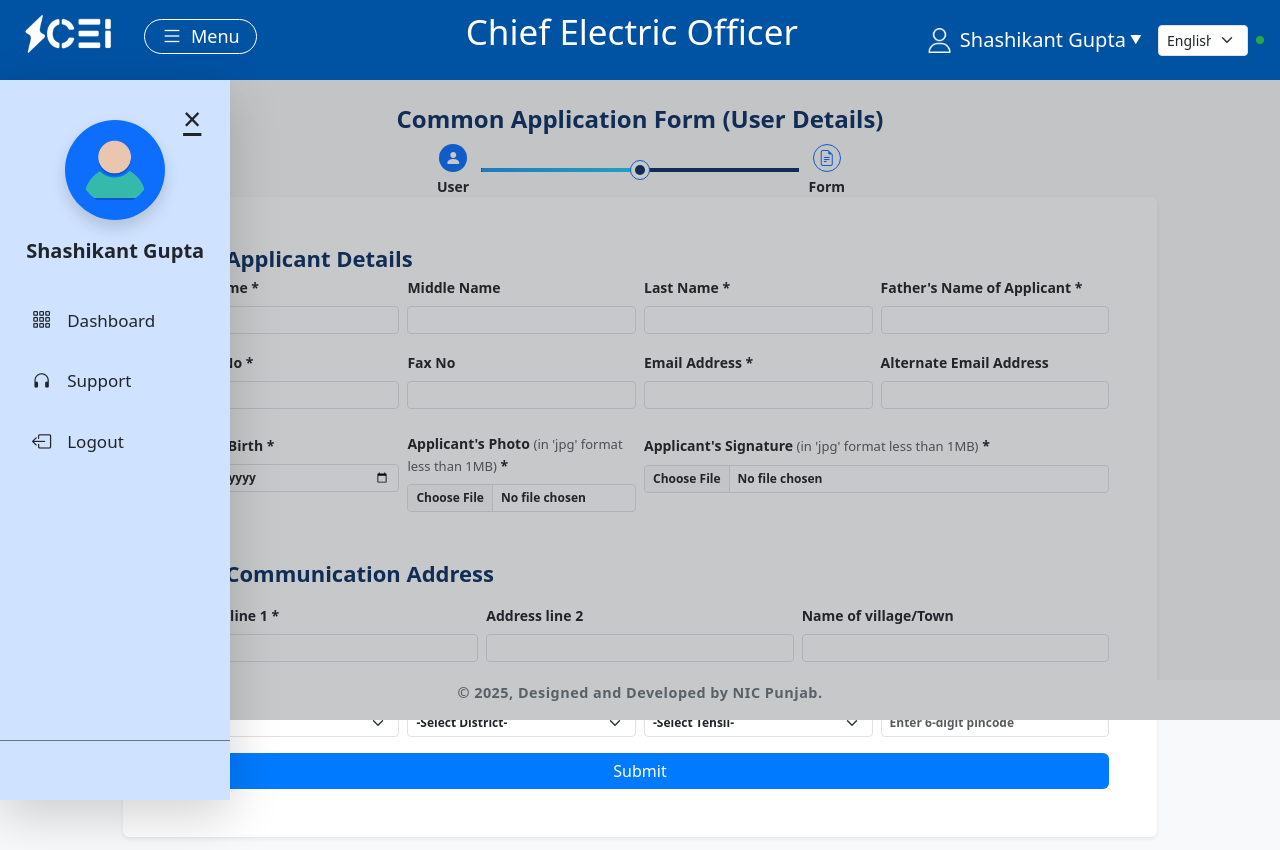
Repository: shashikantdev93-gif/CEI-sept
Page: /RegisterationForm, after clicking the first element matching `button.btn`
The author's editor kept a copy of each file at every save. The page is drawn from the files as they stood at one save, then again after a run of saves.
The browser window is 1280 px wide. The pictures show the whole page.
The page's requests for data from a server got no answer. The project was rebuilt for these pictures with package versions that can differ from the ones it lists, and the page was loaded fresh each time. No one was signed in, and anything a server would have sent is missing. Also part of the build but not shown: vite.config.ts, src/components/PageComponent/Header2.tsx, src/components/PageComponent/PageHeader.tsx, src/components/Illustration/Illustration.tsx, src/components/CardContainer/CardContainer.tsx, src/hooks/useFormValidation.ts, src/hooks/useCaptcha.ts, src/hooks/useSignupValidation.ts and 6 more. Imported but missing from the stored project, and not drawn on this page: src/components/ui.

Above is the page before, as saved 2025-07-28 08:50:16.

### src/index.css
:root {
  font-family: Inter, -apple-system, BlinkMacSystemFont, "Segoe UI", Roboto, "Helvetica Neue", Arial, sans-serif, "Apple Color Emoji", "Segoe UI Emoji", "Segoe UI Symbol";
  line-height: 1.5;
  font-weight: 400;

  color-scheme: light dark;
  color: rgba(255, 255, 255, 0.87);
  background-color: #242424;

  font-synthesis: none;
  text-rendering: optimizeLegibility;
  -webkit-font-smoothing: antialiased;
  -moz-osx-font-smoothing: grayscale;
}

a {
  font-weight: 500;
  color: #646cff;
  text-decoration: inherit;
}
a:hover {
  color: #535bf2;
}

/* Global Reset */
*, *::before, *::after {
  margin: 0;
  padding: 0;
  box-sizing: border-box;
}

html, body {
  margin: 0;
  padding: 0;
  width: 100%;
  height: 100%;
}

body {
  margin: 0;
  padding: 0;
}

h1 {
  font-size: 3.2em;
  line-height: 1.1;
}

button {
  border-radius: 8px;
  border: 1px solid transparent;
  padding: 0.6em 1.2em;
  font-size: 1em;
  font-weight: 500;
  font-family: inherit;
  background-color: #1a1a1a;
  cursor: pointer;
  transition: border-color 0.25s;
}
button:hover {
  border-color: #646cff;
}
button:focus,
button:focus-visible {
  outline: 4px auto -webkit-focus-ring-color;
}

@media (prefers-color-scheme: light) {
  :root {
    color: #213547;
    background-color: #ffffff;
  }
  a:hover {
    color: #747bff;
  }
  button {
    background-color: #f9f9f9;
  }
}

### src/App.tsx
import Router from "./router/router";
import './App.css'
import './styles/main.css'
import "bootstrap-icons/font/bootstrap-icons.css";

function App() {

  return <Router />;

}

export default App

### src/router/router.tsx

import { BrowserRouter as Router, Routes, Route } from "react-router-dom";
import BaseLayout from "../layouts/BaseLayout";
import Login from "../pages/login/login";
import Signup from "../pages/signup/signup";
import Register from "../pages/register/register";


const RouterPage = () => (
  <Router>
    <Routes>
      <Route path="/" element={<Login />} />
      <Route path="/login" element={<Login />} />
      <Route path="/signup" element={<Signup />} />
      <Route
        path="/RegisterationForm"
        element={
          <BaseLayout headerType="Header1">
            <Register />
          </BaseLayout>
        }
      />
    </Routes>
  </Router>
);

export default RouterPage;

### src/App.css
#root {
  margin: 0;
  padding: 0;
  width: 100%;
  height: 100%;
}

.logo {
  height: 6em;
  padding: 1.5em;
  will-change: filter;
  transition: filter 300ms;
}
.logo:hover {
  filter: drop-shadow(0 0 2em #646cffaa);
}
.logo.react:hover {
  filter: drop-shadow(0 0 2em #61dafbaa);
}

@keyframes logo-spin {
  from {
    transform: rotate(0deg);
  }
  to {
    transform: rotate(360deg);
  }
}

@media (prefers-reduced-motion: no-preference) {
  a:nth-of-type(2) .logo {
    animation: logo-spin infinite 20s linear;
  }
}

.card {
  padding: 2em;
}

.read-the-docs {
  color: #888;
}

### src/layouts/BaseLayout.tsx
import React from 'react';
import Header1 from '../components/PageComponent/Header1';
import Header2 from '../components/PageComponent/Header2';

type HeaderType = 'Header1' | 'Header2' | 'none';

interface BaseLayoutProps {
  headerType?: HeaderType;
  children: React.ReactNode;
}

const BaseLayout: React.FC<BaseLayoutProps> = ({ headerType = 'Header1', children }) => {
  const headers: Record<Exclude<HeaderType, 'none'>, React.ReactElement> = {
    Header1: <Header1 />,
    Header2: <Header2 />,
  };

  return (
    <>
      {headerType !== 'none' && headers[headerType]}
      <main>{children}</main>
    </>
  );
};

export default BaseLayout;

### src/pages/register/register.tsx
import "bootstrap/dist/css/bootstrap.min.css";
import "../../styles/main.css";
import Footer from "../../components/Footer/Footer";
import { useState } from "react";

const Login = () => {
  const [toasts, setToasts] = useState<Record<string, boolean>>({});

  const handleInputChange = (fieldName: string, value: string, maxLength: number) => {
    if (value.length >= maxLength) {
      setToasts(prev => ({ ...prev, [fieldName]: true }));
      setTimeout(() => {
        setToasts(prev => ({ ...prev, [fieldName]: false }));
      }, 3000);
    } else {
      setToasts(prev => ({ ...prev, [fieldName]: false }));
    }
  };

  const renderToast = (fieldName: string, maxLength: number) => {
    return toasts[fieldName] ? (
      <div
        className="alert alert-sm mt-1 py-1 px-2"
        style={{
          fontSize: '1em',
          position: 'absolute',
          zIndex: 1000,
          width: '70%',
          top: '100%',
          left: 0,
          backgroundColor: '#e20000',
          color: 'white',
          border: 'none',
        }}
      >
        Maximum {maxLength} characters allowed
      </div>
    ) : null;
  };

  return (
    <div className="registeration-bg min-vh-100" style={{ padding: "5px", backgroundColor: "#f8f9fa", marginTop: "80px" }}>
      <div className="container-fluid">
        <div className="row justify-content-center">
          <div className="col-10">
            <div className="w-100 d-flex justify-content-center align-items-center" style={{ marginTop: '20px', marginBottom: '10px' }}>
              <h4 className="mb-0 fw-bold text-center" style={{ color: '#0c3064' }}>Common Application Form (User Details)</h4>
            </div>

            {/* Progress Bar */}
            <div className="d-flex justify-content-center" style={{ width: "100%" }}>
              <div className="w-90 d-flex align-items-center" style={{ minHeight: "40px", width: "40%" }}>
                {/* Left checkpoint */}
                <div className="d-flex flex-column align-items-center" style={{ width: "40px" }}>
                  <div className="bg-primary text-white rounded-circle d-flex align-items-center justify-content-center" style={{ width: "28px", height: "28px" }}>
                    <i className="bi bi-person-fill"></i>
                  </div>
                  <span className="small fw-semibold mt-1" style={{ fontSize: "0.85em" }}>User</span>
                </div>

                {/* Progress line with center checkpoint */}
                <div className="flex-grow-1 position-relative mx-2" style={{ height: "8px" }}>
                  {/* Line */}
                  <div style={{
                    position: "absolute",
                    top: "50%",
                    left: 0,
                    right: 0,
                    height: "4px",
                    background: "#0c3064",
                    transform: "translateY(-50%)"
                  }} />

                  {/* Fill left side till center checkpoint */}
                  <div style={{
                    position: "absolute",
                    top: "50%",
                    left: 0,
                    width: "50%",
                    height: "4px",
                    background: "linear-gradient(90deg, #2196f3 0%, #21cbf3 100%)",
                    borderRadius: "2px",
                    transform: "translateY(-50%)"
                  }} />

                  {/* Center checkpoint */}
                  <div style={{
                    position: "absolute",
                    top: "50%",
                    left: "50%",
                    transform: "translate(-50%, -50%)"
                  }}>
                    <div className="bg-white border border-primary rounded-circle" style={{ width: "20px", height: "20px", display: "flex", alignItems: "center", justifyContent: "center" }}>
                      <span style={{ width: "10px", height: "10px", background: "#0c3064", borderRadius: "50%", display: "block" }}></span>
                    </div>
                  </div>
                </div>

                {/* Right checkpoint */}
                <div className="d-flex flex-column align-items-center" style={{ width: "40px" }}>
                  <div className="bg-light border border-primary text-primary rounded-circle d-flex align-items-center justify-content-center" style={{ width: "28px", height: "28px" }}>
                    <i className="bi bi-file-earmark-text"></i>
                  </div>
                  <span className="small fw-semibold mt-1" style={{ fontSize: "0.85em" }}>Form</span>
                </div>
              </div>
            </div>

            {/* Form Section */}
            <div className="card border-0 shadow-sm mb-2">
              <div className="card-body p-3">
                {/* Section 1: Applicant Details */}
                <h6 className="mb-1 fw-bold" style={{ color: '#0c3064' }}>
                  <i className="bi bi-person-circle me-2"></i>1. Applicant Details
                </h6>
                <div className="row g-2 mb-2">
                  <div className="col-md-3" style={{ position: 'relative' }}>
                    <label className="form-label fw-semibold small">First Name *</label>
                    <input
                      type="text"
                      className="form-control form-control-sm"
                      maxLength={25}
                      onChange={(e) => handleInputChange('firstName', e.target.value, 25)}
                    />
                    {renderToast('firstName', 25)}
                  </div>
                  <div className="col-md-3" style={{ position: 'relative' }}>
                    <label className="form-label fw-semibold small">Middle Name</label>
                    <input
                      type="text"
                      className="form-control form-control-sm"
                      maxLength={25}
                      onChange={(e) => handleInputChange('middleName', e.target.value, 25)}
                    />
                    {renderToast('middleName', 25)}
                  </div>
                  <div className="col-md-3" style={{ position: 'relative' }}>
                    <label className="form-label fw-semibold small">Last Name *</label>
                    <input
                      type="text"
                      className="form-control form-control-sm"
                      maxLength={25}
                      onChange={(e) => handleInputChange('lastName', e.target.value, 25)}
                    />
                    {renderToast('lastName', 25)}
                  </div>
                  <div className="col-md-3" style={{ position: 'relative' }}>
                    <label className="form-label fw-semibold small">Father's Name of Applicant *</label>
                    <input
                      type="text"
                      className="form-control form-control-sm"
                      maxLength={50}
                      onChange={(e) => handleInputChange('fatherName', e.target.value, 50)}
                    />
                    {renderToast('fatherName', 50)}
                  </div>
                </div>

                <div className="row g-2 mb-2 mt-1">
                  <div className="col-md-3" style={{ position: 'relative' }}>
                    <label className="form-label fw-semibold small">Mobile No *</label>
                    <input
                      type="text"
                      className="form-control form-control-sm"
                      maxLength={10}
                      onChange={(e) => handleInputChange('mobile', e.target.value, 10)}
                    />
                    {renderToast('mobile', 10)}
                  </div>
                  <div className="col-md-3">
                    <label className="form-label fw-semibold small">Fax No</label>
                    <input type="text" className="form-control form-control-sm" />
                  </div>
                  <div className="col-md-3" style={{ position: 'relative' }}>
                    <label className="form-label fw-semibold small">Email Address *</label>
                    <input
                      type="email"
                      className="form-control form-control-sm"
                      maxLength={50}
                      onChange={(e) => handleInputChange('email', e.target.value, 50)}
                    />
                    {renderToast('email', 50)}
                  </div>
                  <div className="col-md-3" style={{ position: 'relative' }}>
                    <label className="form-label fw-semibold small">Alternate Email Address</label>
                    <input
                      type="email"
                      className="form-control form-control-sm"
                      maxLength={50}
                      onChange={(e) => handleInputChange('altEmail', e.target.value, 50)}
                    />
                    {renderToast('altEmail', 50)}
                  </div>
                </div>

                <div className="row g-2 mb-3 mt-3">
                  <div className="col-md-3">
                    <label className="form-label fw-semibold small">Date Of Birth *</label>
                    <input type="date" className="form-control form-control-sm" placeholder="mm/dd/yyyy" />
                  </div>
                  <div className="col-md-3">
                    <label className="form-label fw-semibold small">Applicant's Photo <span className="text-muted">(in 'jpg' format less than 1MB)</span> *</label>
                    <input type="file" className="form-control form-control-sm" accept=".jpg,.jpeg" />
                  </div>
                  <div className="col-md-6">
                    <label className="form-label fw-semibold small">
                      Applicant's Signature
                      <span className="text-muted"> (in 'jpg' format less than 1MB)</span> *
                    </label>
                    <input type="file" className="form-control form-control-sm" accept=".jpg,.jpeg" />
                  </div>
                </div>

                {/* Section 2: Communication Address */}
                <h6 className="mb-3 mt-5 fw-bold" style={{ color: '#0c3064' }}>
                  <i className="bi bi-geo-alt me-2"></i>2. Communication Address
                </h6>
                <div className="row g-2 mb-3">
                  <div className="col-md-4" style={{ position: 'relative' }}>
                    <label className="form-label fw-semibold small">Address line 1 *</label>
                    <input
                      type="text"
                      className="form-control form-control-sm"
                      maxLength={150}
                      onChange={(e) => handleInputChange('address1', e.target.value, 150)}
                    />
                    {renderToast('address1', 150)}
                  </div>
                  <div className="col-md-4" style={{ position: 'relative' }}>
                    <label className="form-label fw-semibold small">Address line 2</label>
                    <input
                      type="text"
                      className="form-control form-control-sm"
                      maxLength={150}
                      onChange={(e) => handleInputChange('address2', e.target.value, 150)}
                    />
                    {renderToast('address2', 150)}
                  </div>
                  <div className="col-md-4" style={{ position: 'relative' }}>
                    <label className="form-label fw-semibold small">Name of village/Town</label>
                    <input
                      type="text"
                      className="form-control form-control-sm"
                      maxLength={150}
                      onChange={(e) => handleInputChange('village', e.target.value, 150)}
                    />
                    {renderToast('village', 150)}
                  </div>
                </div>

                <div className="row g-2 mb-3">
                  <div className="col-md-3">
                    <label className="form-label fw-semibold small">State *</label>
                    <select className="form-select form-select-sm">
                      <option value="Punjab">Punjab</option>
                    </select>
                  </div>
                  <div className="col-md-3">
                    <label className="form-label fw-semibold small">District *</label>
                    <select className="form-select form-select-sm">
                      <option value="">-Select District-</option>
                    </select>
                  </div>
                  <div className="col-md-3">
                    <label className="form-label fw-semibold small">Tehsil *</label>
                    <select className="form-select form-select-sm">
                      <option value="">-Select Tehsil-</option>
                    </select>
                  </div>
                  <div className="col-md-3" style={{ position: 'relative' }}>
                    <label className="form-label fw-semibold small">Pin Code *</label>
                    <input
                      type="text"
                      className="form-control form-control-sm"
                      placeholder="Enter 6-digit pincode"
                      maxLength={6}
                      onChange={(e) => handleInputChange('pincode', e.target.value, 6)}
                    />
                    {renderToast('pincode', 6)}
                  </div>
                </div>

                <div className="d-grid gap-2">
                  <button type="submit" className="btn btn-primary" style={{ backgroundColor: '#007bff', border: 'none' }}>
                    Submit
                  </button>
                </div>
              </div>
            </div>
          </div>
        </div>
      </div>
      <Footer />
    </div>
  );
};

export default Login;

### src/components/Logo/Logo.tsx
import React from "react";

interface LogoProps {
  title?: string;
  subtitle?: string;
  titleColor?: string;
}

const Logo: React.FC<LogoProps & { subtitleColor?: string }> = ({
  title = "Chief Electric ",
  subtitle = "Inspector",
  titleColor = "#0c3064",
  subtitleColor = "#0c3064",
}) => {
  return (
    <div className="mb-4 d-flex align-items-center">
      <img
        src="/assets/images/cei_logo.jpg"
        alt="Logo"
        style={{ height: "40px", width: "90px", marginTop: "20px", marginLeft: "8px" }}
      />
      <span className="fw-bold" style={{ fontSize: "27px", height: "30px", marginTop: "10px", marginLeft: "25px", color: titleColor, whiteSpace: "nowrap" }}>
        {title} <span style={{ color: subtitleColor }}>{subtitle}</span>
      </span>
    </div>
  );
};

export default Logo;

### src/components/Footer/Footer.tsx
import React from "react";

interface FooterProps {
  text?: string;
}

const Footer: React.FC<FooterProps> = ({
  text = "© 2025, Designed and Developed by NIC Punjab."
}) => {
  return (
    <div className="position-fixed bottom-0 w-100 text-center pb-3 bg-white" style={{ left: 0 }}>
      <span style={{ fontSize: '.9em', fontWeight: 800, color: '#6c757d', letterSpacing: '0.5px' }}>
        {text}
      </span>
    </div>
  );
};

export default Footer;

### src/utils/index.ts
export { default as authService } from './authService';
export * from './validators';
export * from './navigation';

### src/styles/sidebar-zoom.css
/* Sidebar text zoom effect */
.sidebar-zoom-text {
  transition: transform 0.2s cubic-bezier(0.4,0,0.2,1);
  display: inline-block;
}
.sidebar-zoom-text:hover {
  transform: scale(1.15);
}

### src/lib/index.ts
export { default as encryptionService } from './encryptionService';
export { default as API_CONFIG } from './config';

### src/utils/validators.ts

export interface ValidationResult {
  isValid: boolean;
  error?: string;
}

export class FormValidators {

  static required(value: string): ValidationResult {
    if (!value || value.trim().length === 0) {
      return {
        isValid: false,
        error: 'This field is required',
      };
    }
    return { isValid: true };
  }

static minLength(value: string, min: number): ValidationResult {
    if (value.length < min) {
      return {
        isValid: false,
        error: `Minimum length is ${min} characters`,
      };
    }
    return { isValid: true };
  }

static maxLength(value: string, max: number): ValidationResult {
    if (value.length > max) {
      return {
        isValid: false,
        error: `Maximum length is ${max} characters`,
      };
    }
    return { isValid: true };
  }

static email(value: string): ValidationResult {
    const emailRegex = /^[^\s@]+@[^\s@]+\.[^\s@]+$/;
    if (!emailRegex.test(value)) {
      return {
        isValid: false,
        error: 'Please enter a valid email address',
      };
    }
    return { isValid: true };
  }

static noSpaces(value: string): ValidationResult {
    const hasSpace = /\s/.test(value);
    if (hasSpace) {
      return {
        isValid: false,
        error: 'Spaces are not allowed',
      };
    }
    return { isValid: true };
  }

static username(value: string): ValidationResult {
    const requiredCheck = this.required(value);
    if (!requiredCheck.isValid) return requiredCheck;

    const minLengthCheck = this.minLength(value, 3);
    if (!minLengthCheck.isValid) return minLengthCheck;

    return { isValid: true };
  }

static password(value: string): ValidationResult {
    const requiredCheck = this.required(value);
    if (!requiredCheck.isValid) return requiredCheck;

    const minLengthCheck = this.minLength(value, 6);
    if (!minLengthCheck.isValid) return minLengthCheck;

    return { isValid: true };
  }

static captcha(value: string): ValidationResult {
    const requiredCheck = this.required(value);
    if (!requiredCheck.isValid) return requiredCheck;

    const lengthCheck = this.minLength(value, 4);
    if (!lengthCheck.isValid) return lengthCheck;

    const maxLengthCheck = this.maxLength(value, 4);
    if (!maxLengthCheck.isValid) return maxLengthCheck;

    return { isValid: true };
  }
}

### src/lib/config.ts

const API_CONFIG = {
  BASE_URL: import.meta.env.VITE_API_URL || 'http://localhost:5143/api',

  ENDPOINTS: {
    AUTH: {
      LOGIN: '/Auth/Login',
      CAPTCHA: '/Auth/GetCaptchaImage',
      LOGOUT: '/Auth/Logout',
      REFRESH_TOKEN: '/Auth/RefreshToken',
    },
    USER: {
      PROFILE: '/User/Profile',
      UPDATE_PROFILE: '/User/UpdateProfile',
    },
  },

  TIMEOUT: 30000,

  DEFAULT_HEADERS: {
    'Content-Type': 'application/json',
    'Accept': 'application/json',
  },
};

export default API_CONFIG;

Loaded but not shown: index.html (common file); src/main.tsx (common file); src/lib/interceptor.ts (340 lines, source omitted); src/hooks/useAuth.ts (214 lines, source omitted); src/styles/main.css (310 lines, source omitted); src/utils/authService.ts (191 lines, source omitted); src/components/PageComponent/Header1.tsx (133 lines, source omitted); src/components/PageComponent/Sidebar.tsx (105 lines, source omitted); src/lib/encryptionService.ts (93 lines, source omitted); src/utils/navigation.ts (91 lines, source omitted)

After the next 2 saves:
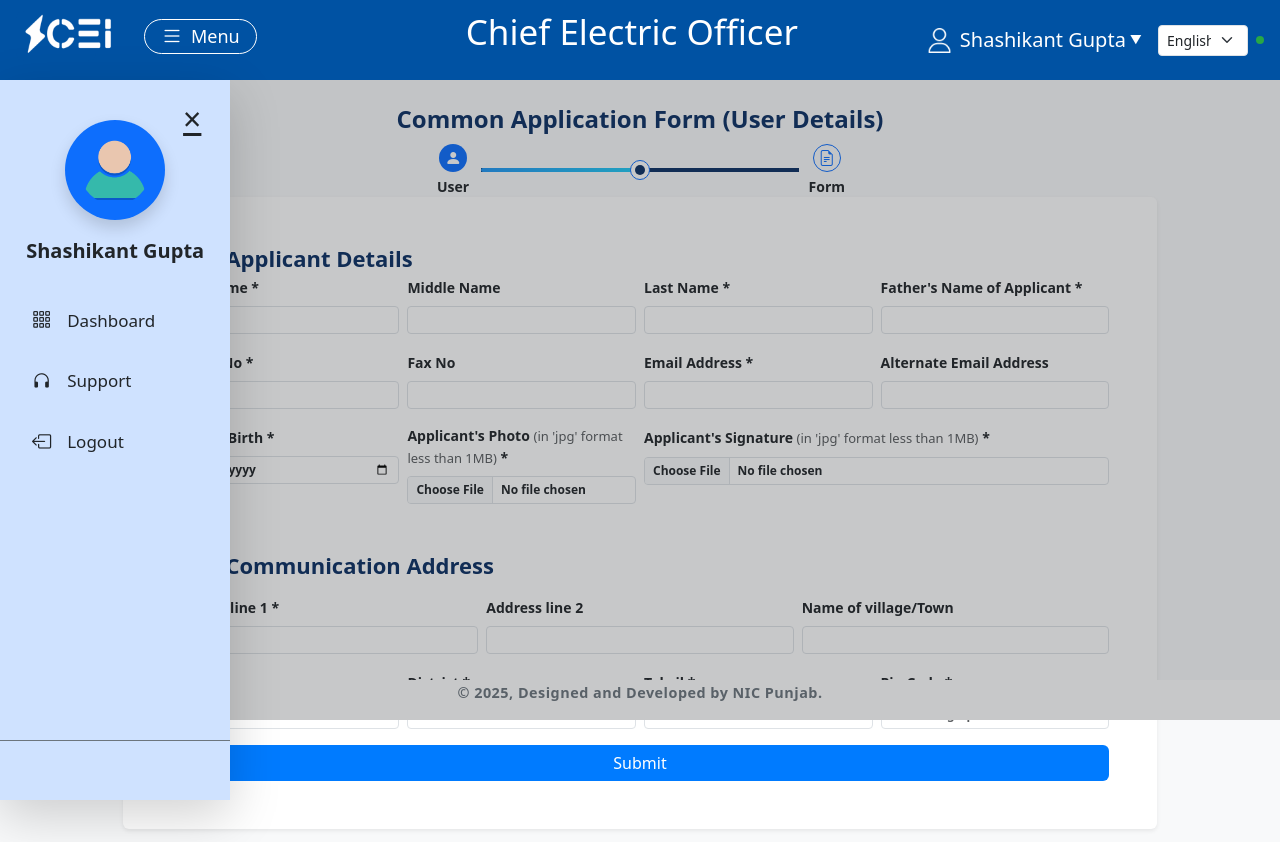
The 2 saves are shown as one change because they came seconds apart.
The last was saved 17 s later.
--- a/src/pages/register/register.tsx
+++ b/src/pages/register/register.tsx
@@ -193,7 +193,7 @@ const Login = () => {
                   </div>
                 </div>
 
-                <div className="row g-2 mb-3 mt-3">
+                <div className="row g-2 mb-3 mt-2">
                   <div className="col-md-3">
                     <label className="form-label fw-semibold small">Date Of Birth *</label>
                     <input type="date" className="form-control form-control-sm" placeholder="mm/dd/yyyy" />
